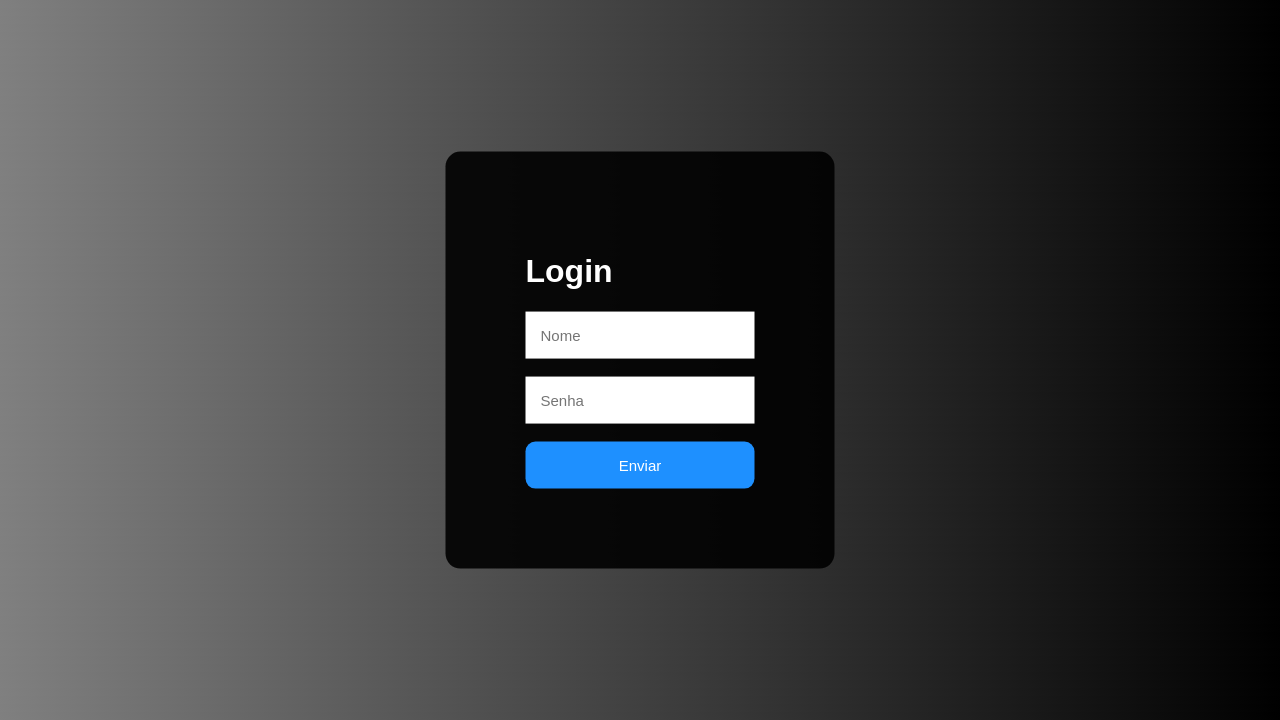
Repository: Vitor4863/Projeto-MetalBull
Page: http://localhost/MetalBull/
The author's editor kept a copy of each file at every save. The page is drawn from the files as they stood at one save, then again after the next save.
The browser window is 1280 px wide. The pictures show the whole page.
The page is served by Tomcat 9.

Above is the page before, as saved 2022-06-23 21:39:20.

After the next save:
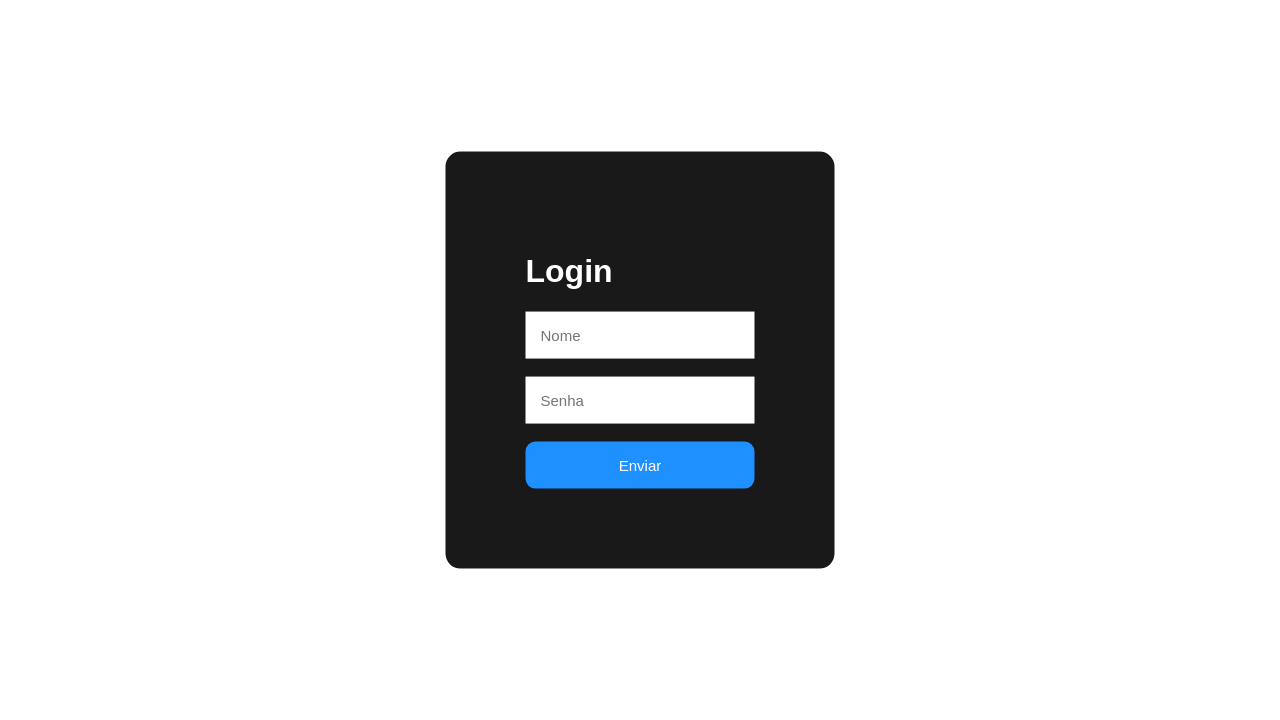
Not found: MetalBull/MetalBull/image/pit2.jpg
Saved 4 min 47 s later.
--- a/MetalBull/src/main/webapp/index.jsp
+++ b/MetalBull/src/main/webapp/index.jsp
@@ -10,7 +10,7 @@
  <style>
         body{
             font-family: Arial, Helvetica, sans-serif;
-            background-image: linear-gradient(45deg, gray, black);
+           background-image: url("image/pit2.jpg");
         }
         div{
             background-color: rgba(0, 0, 0, 0.9);

After the save that followed:
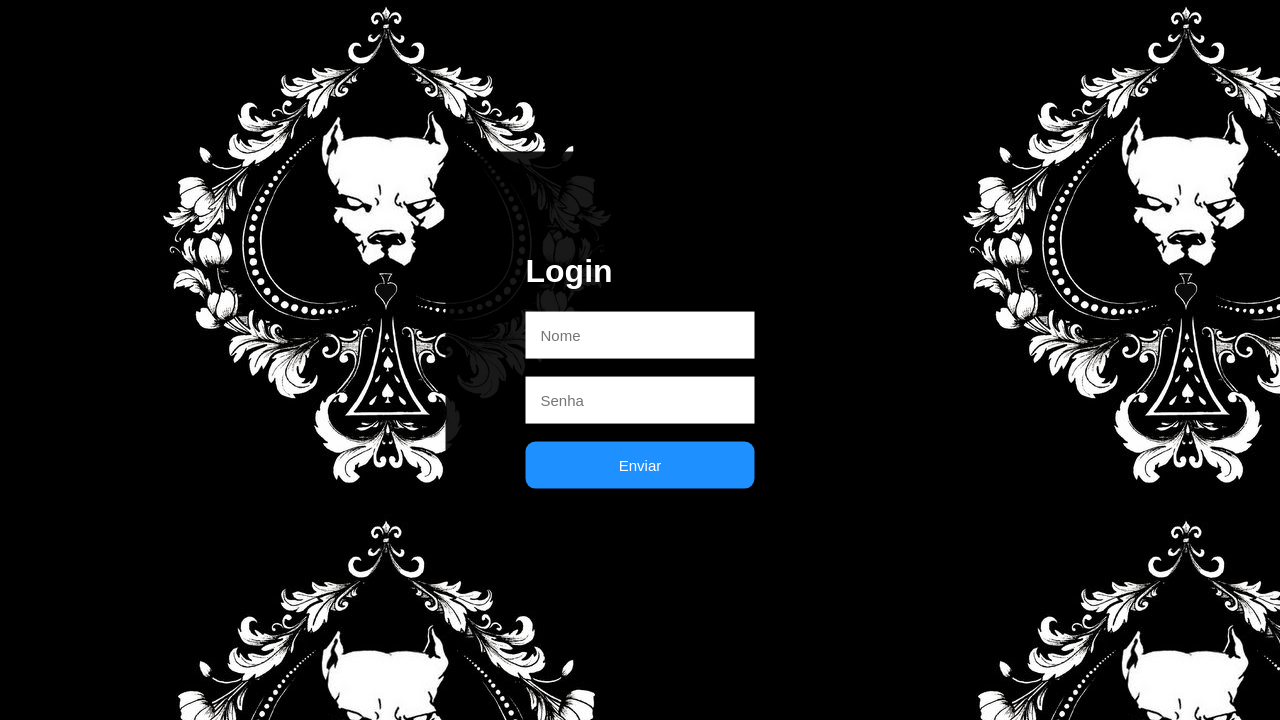
Saved 24 s later.
--- a/MetalBull/src/main/webapp/index.jsp
+++ b/MetalBull/src/main/webapp/index.jsp
@@ -10,7 +10,7 @@
  <style>
         body{
             font-family: Arial, Helvetica, sans-serif;
-           background-image: url("image/pit2.jpg");
+           background-image: url("Image/pit2.jpg");
         }
         div{
             background-color: rgba(0, 0, 0, 0.9);
